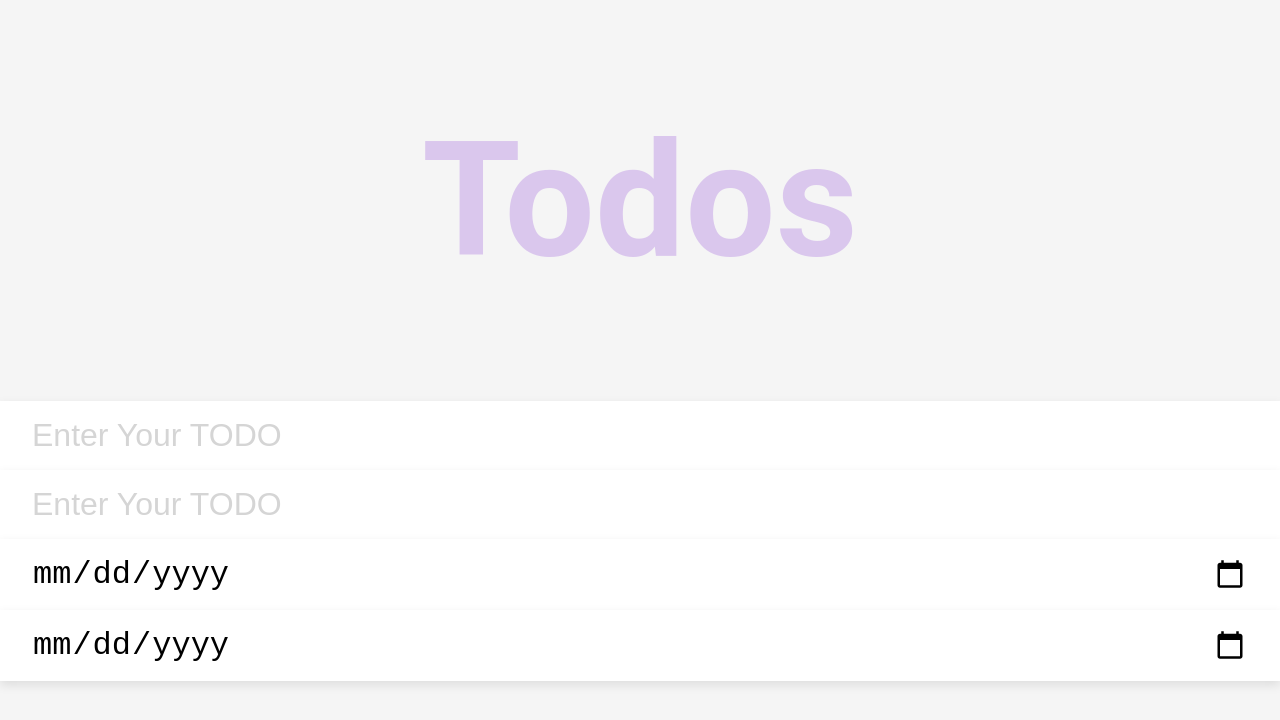
Repository: Surahailat/TypeScript
Page: Mini project 10-3/Project-TS.html
These files come from the project's save history. The page is drawn as it stood at one moment and after the next save; the edit follows.
The browser window is 1280 px wide. The pictures show the whole page.

Above is the page before, as saved 2025-03-10 12:41:30.

### Mini project 10-3/Project-TS.html
<!DOCTYPE html>
<html lang="en">

<head>
    <meta charset="UTF-8">
    <meta name="viewport" content="width=device-width, initial-scale=1.0">
    <title>Document</title>
    <style>
        * {
            box-sizing: border-box;
        }

        body {
            background-color: #f5f5f5;
            font-family: "roboto", sans-serif;
            margin: 0;
        }

        h1 {
            color: rgb(179, 131, 226);
            font-size: 10rem;
            text-align: center;
            opacity: 0.4;

        }
    .input {
    width: 400px;
    max-width: 100%;
    box-shadow: 0px 4px 10px rgb(0, 0, 0, 0.1) ;
    margin: auto;
}.input{
    border: none;
    width: 100%;
    display: block;
    padding: 1rem 2rem;
    font-size: 2rem;
}.input::placeholder{
    color: #d5d5d5;

}
    </style>
</head>

<body>
    <h1>Todos</h1>
    <Label></Label>
    <input type="text" class="input" placeholder="Enter Your TODO" autocomplete="off" id="input">
    <input type="text" class="input" placeholder="Enter Your TODO" autocomplete="off" id="input">
    <input type="date" class="input" placeholder="Enter Your TODO" autocomplete="off" id="input">
    <input type="date" class="input" placeholder="Enter Your TODO" autocomplete="off" id="input">

</body>

</html>

After the next save:
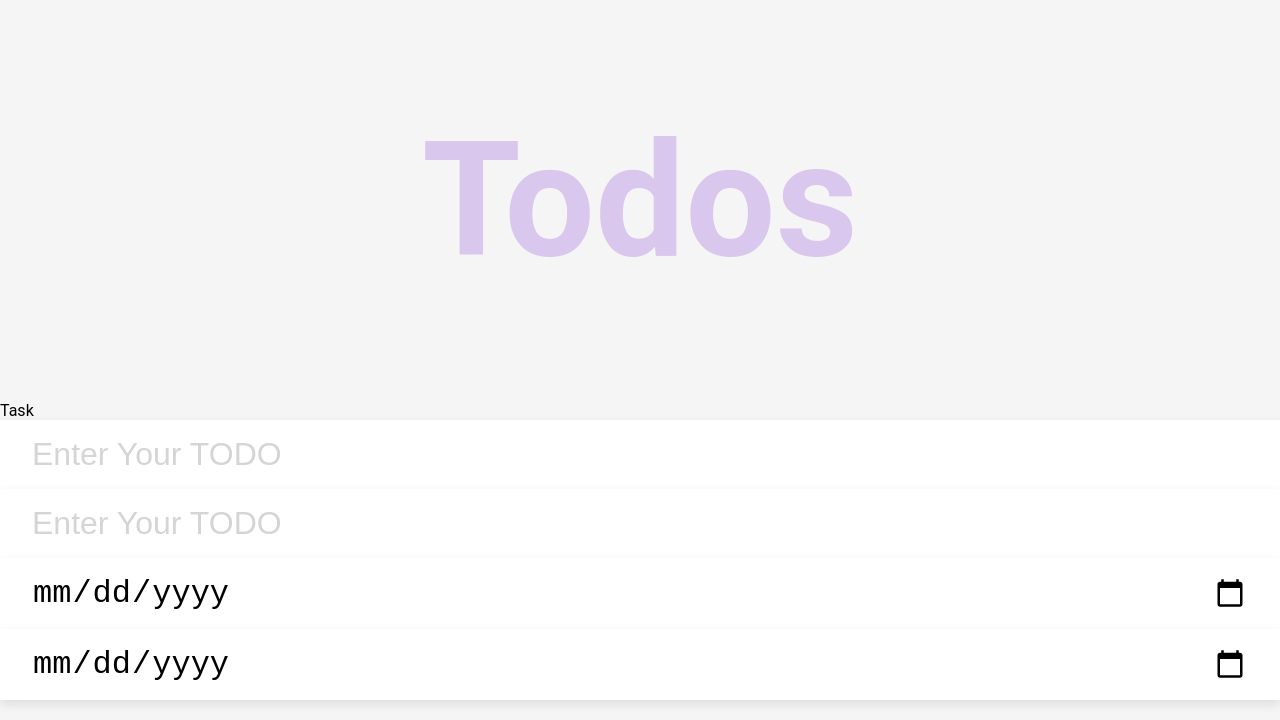
Saved 6 s later.
--- a/Mini project 10-3/Project-TS.html
+++ b/Mini project 10-3/Project-TS.html
@@ -43,7 +43,7 @@
 
 <body>
     <h1>Todos</h1>
-    <Label></Label>
+    <Label>Task </Label>
     <input type="text" class="input" placeholder="Enter Your TODO" autocomplete="off" id="input">
     <input type="text" class="input" placeholder="Enter Your TODO" autocomplete="off" id="input">
     <input type="date" class="input" placeholder="Enter Your TODO" autocomplete="off" id="input">
